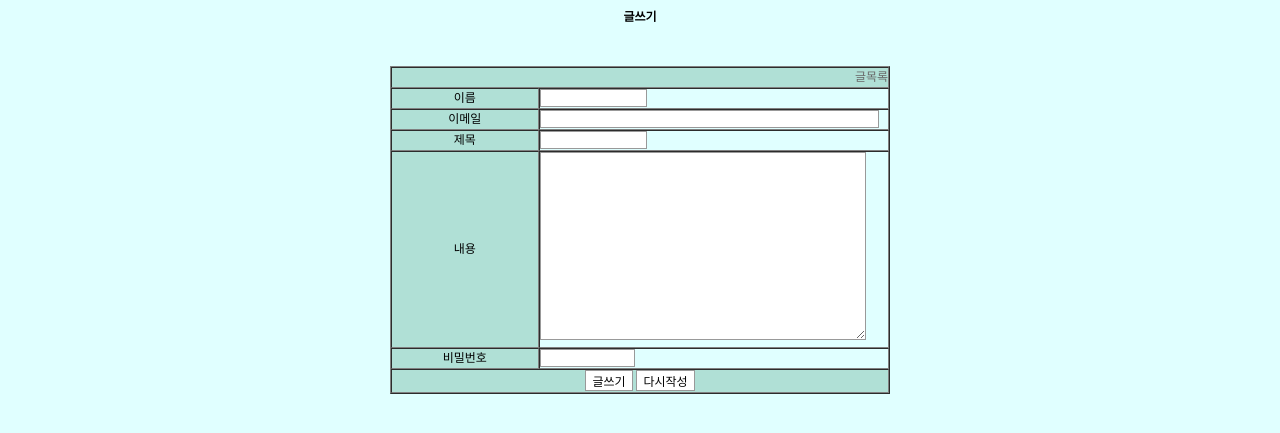
Repository: noopzzya/study_jsp_globalin
Page: http://localhost/ServletProject/boardone/writeform.jsp
These files come from the project's save history. The page is drawn as it stood at one moment and after the next save; the edit follows.
The browser window is 1280 px wide. The pictures show the whole page.
The page is served by Tomcat 9. Other server files are loaded and not shown.

Above is the page before, as saved 2023-02-08 01:33:22.

### ServletProject/src/main/webapp/boardone/writeform.jsp
<%@ page language="java" contentType="text/html; charset=UTF-8"
    pageEncoding="UTF-8"%>
<%@ include file = "view/color.jsp" %>

<!DOCTYPE html>
<html>
<head>
<meta charset="UTF-8">
<title>My Board</title>
<link href="style.css" rel="stylesheet" type="text/css">
</head>
<body bgcolor="<%=bodyback_c%>">

<div align="center"><b>글쓰기</b></div><br><br>

<form action="writeProc.jsp" method="post" name="writeForm" onsubmit="return writeSave()">

<table width="500" border="1" cellpadding="0" cellspacing="0" align="center" bgcolor="<%=bodyback_c%>">
	<tr>
		<td align="right" colspan="2" bgcolor="<%=value_c%>">
			<a href="list.jsp">글목록</a>
		</td>
	</tr>

	<tr>
		<td width="170" bgcolor="<%=value_c%>" align="center">이름</td>
		<td width="350">
			<input type="text" size="12" maxlength="12" name="wirter">
		</td>
	</tr>

	<tr>
		<td width="170" bgcolor="<%=value_c%>" align="center">이메일</td>
		<td width="350">
			<input type="text" size="50" maxlength="12" name="email">
		</td>
	</tr>

	<tr>
		<td width="170" bgcolor="<%=value_c%>" align="center">제목</td>
		<td width="350">
			<input type="text" size="12" maxlength="12" name="subject">
		</td>
	</tr>

	<tr>
		<td width="170" bgcolor="<%=value_c%>" align="center">내용</td>
		<td width="350">
			<textarea rows="13" cols="50" name="content"></textarea>
		</td>
	</tr>

	<tr>
		<td width="170" bgcolor="<%=value_c%>" align="center">비밀번호</td>
		<td width="350">
			<input type="password" size="10" maxlength="10" name="pass">
		</td>
	</tr>

	<tr>
		<td align="center" colspan="2" bgcolor="<%=value_c%>">
			<input type="submit" value="글쓰기">
			<input type="reset" value="다시작성">
		</td>
	</tr>
</table>

</form>

</body>
</html>

### ServletProject/src/main/webapp/boardone/view/color.jsp
<%@ page language="java" contentType="text/html; charset=UTF-8"
    pageEncoding="UTF-8"%>

<%
	String bodyback_c = "#e0ffff";
	String back_c = "#8fbc8f";
	String title_c = "#5f9ea0";
	String value_c = "#b0e0d6";
	String bar = "#778899";
%>

### ServletProject/src/main/webapp/boardone/style.css
@charset "UTF-8";
body {
	font-size: 9pt;
	color: black;
	line-height: 160%;
	font-family: 굴림, verdana, tahoma;
}

td {
	font-size: 9pt;
	color: black;
	line-height: 160%;
	font-family: 굴림, verdana, tahoma;
}

select {
	font-size: 9pt;
	color: black;
	line-height: 160%;
	font-family: 굴림, verdana, tahoma;
}

div {
	font-size: 9pt;
	color: black;
	line-height: 160%;
	font-family: 굴림, verdana, tahoma;
}

form {
	font-size: 9pt;
	color: black;
	line-height: 160%;
	font-family: 굴림, verdana, tahoma;
}

textarea {
	border-right: 1px solid #999999;
	border-top: 1px solid #999999;
	border-left: 1px solid #999999;
	border-bottom: 1px solid #999999;
	font-size: 9pt;
	color: black;
	font-family: 굴림, verdana, tahoma;
	background-color: white;
}

input {
	border-right: 1px solid #999999;
	border-top: 1px solid #999999;
	border-left: 1px solid #999999;
	border-bottom: 1px solid #999999;
	font-size: 9pt;
	color: black;
	font-family: 굴림, verdana, tahoma;
	background-color: white;
}

a:link {
	text-decoration: none;
	color: #696969;
}

a:hover {
	text-decoration: yes;
	color: #66ccff;
}

a:visited {
	text-decoration: none;
	color: #330066;
}

After the next save:
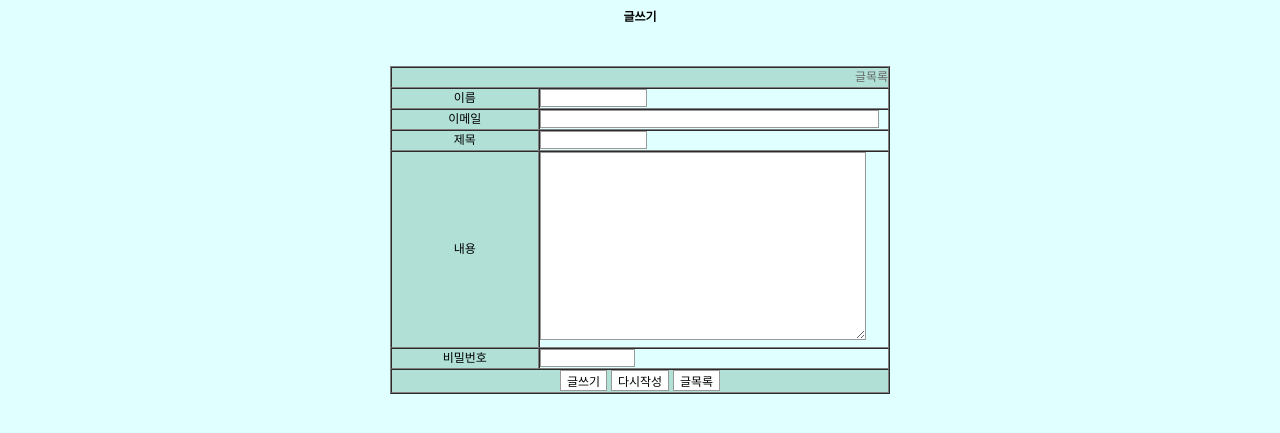
Saved 18 s later.
--- a/ServletProject/src/main/webapp/boardone/writeform.jsp
+++ b/ServletProject/src/main/webapp/boardone/writeform.jsp
@@ -61,6 +61,7 @@
 		<td align="center" colspan="2" bgcolor="<%=value_c%>">
 			<input type="submit" value="글쓰기">
 			<input type="reset" value="다시작성">
+			<input type="button" value="글목록">
 		</td>
 	</tr>
 </table>
